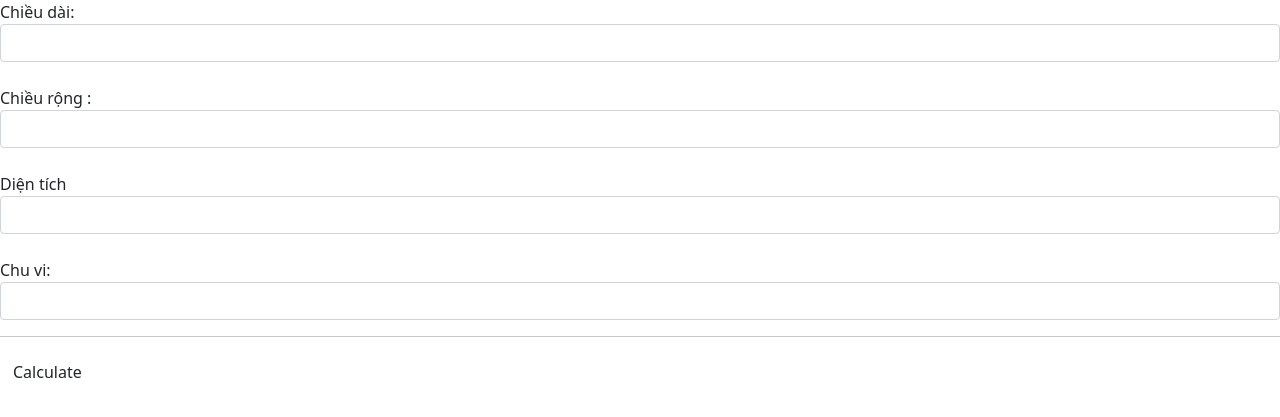
Repository: OanhBuonNgu/Lab4_AngularJS
Page: lab4.4.html
These files come from the project's save history. The page is drawn as it stood at one moment and after the next save; the edit follows.
The browser window is 1280 px wide. The pictures show the whole page.

Above is the page before, as saved 2022-07-22 12:38:28.

After the next save:
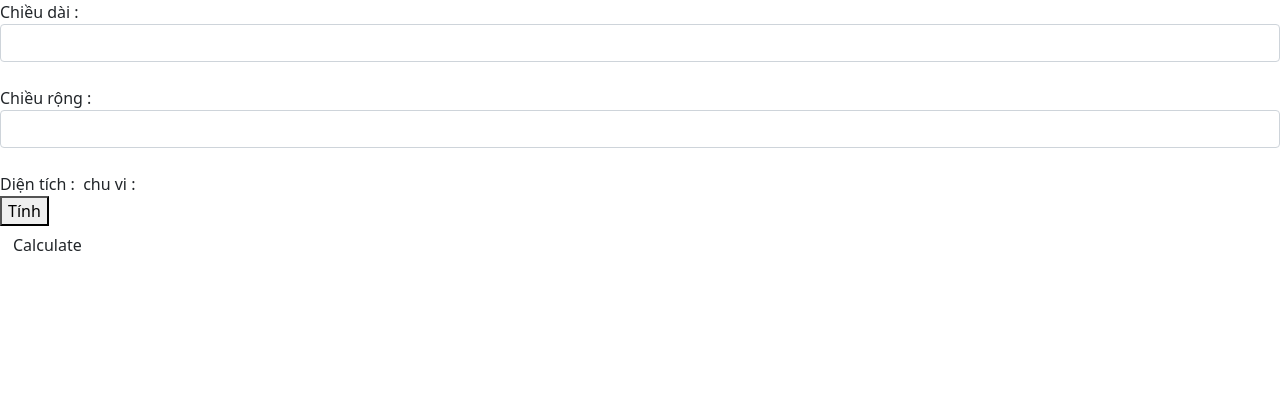
Saved 43 s later.
--- a/lab4.4.html
+++ b/lab4.4.html
@@ -12,13 +12,14 @@
 
 <body ng-app="myApp">
     <div ng-controller="info">
-        Chiều dài:
-        <input type="text" ng-model="cd" class="form-control" />
-        <br/> Chiều rộng : <input type="text" ng-model="cr" class="form-control" />
-        <br> Diện tích
-        <input ng-bind="acreage" class="form-control" /> <br> Chu vi:
-        <input ng-bind="perimeter" class="form-control" />
-        <hr>
+        <form action="">
+            Chiều dài :
+            <input type="text" ng-model="cd" class="form-control" /><br /> Chiều rộng : <input type="text" ng-model="cr" class="form-control" />
+            <br /> Diện tích :
+            <label ng-bind="dt"></label> chu vi :
+            <label ng-bind="cv"></label><br />
+            <button type="button" ng-click="tinh()">Tính</button>
+        </form>
         <form class="form-group">
             <button class="btn btn-default" ng-click="calculate()">Calculate</button>
         </form>
